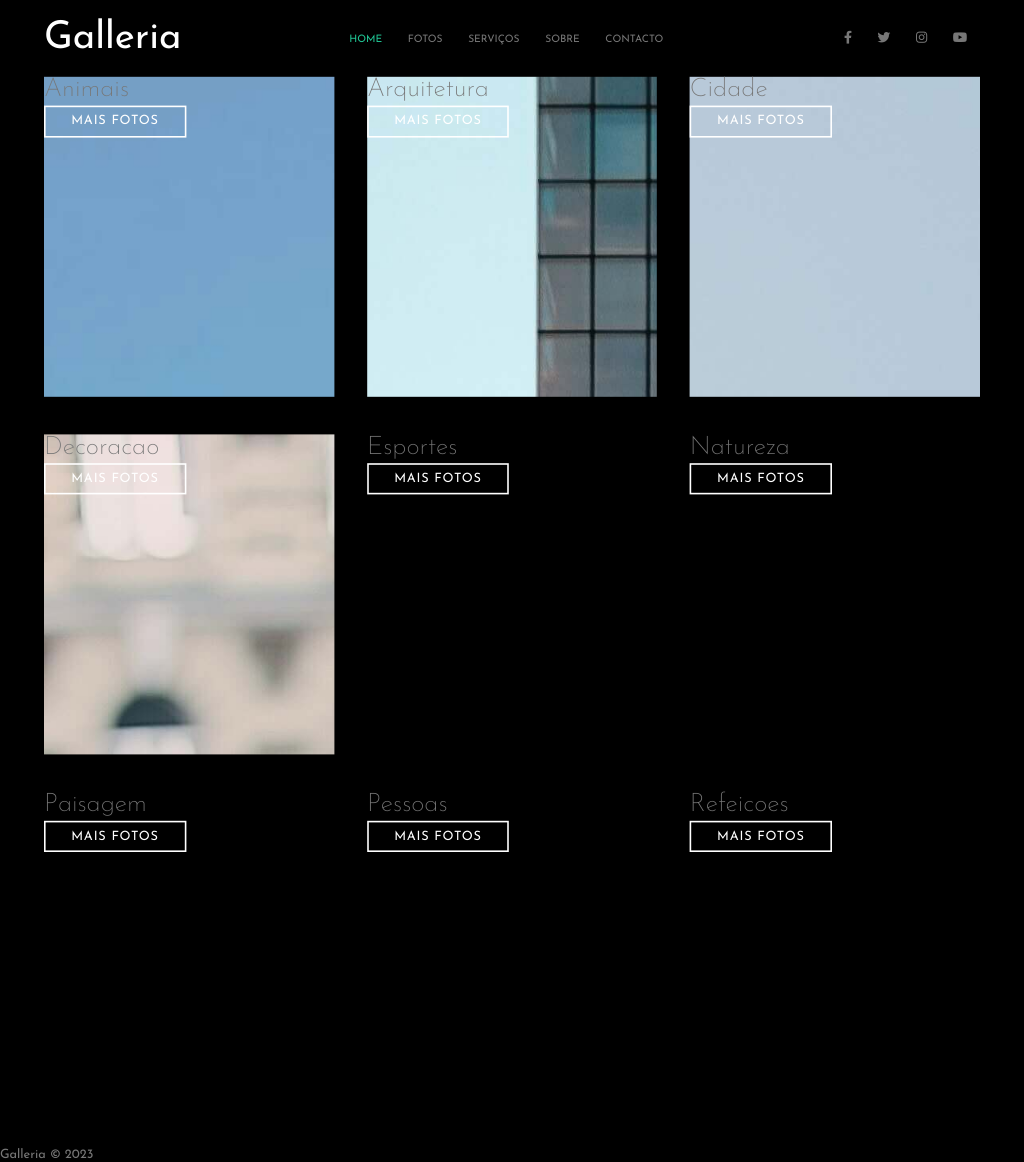
Repository: AghastyGD/gallery-sass
Page: index.html
These files come from the project's save history. The page is drawn as it stood at one moment and after the next save; the edit follows.
The browser window is 1280 px wide. The pictures show the whole page, at 80% of full size.
The style sheet was rebuilt from its Sass, Less or Tailwind sources for each picture, by a compiler version that may differ from the author's.

Above is the page before, as saved 2023-10-13 18:35:01.

After the next save:
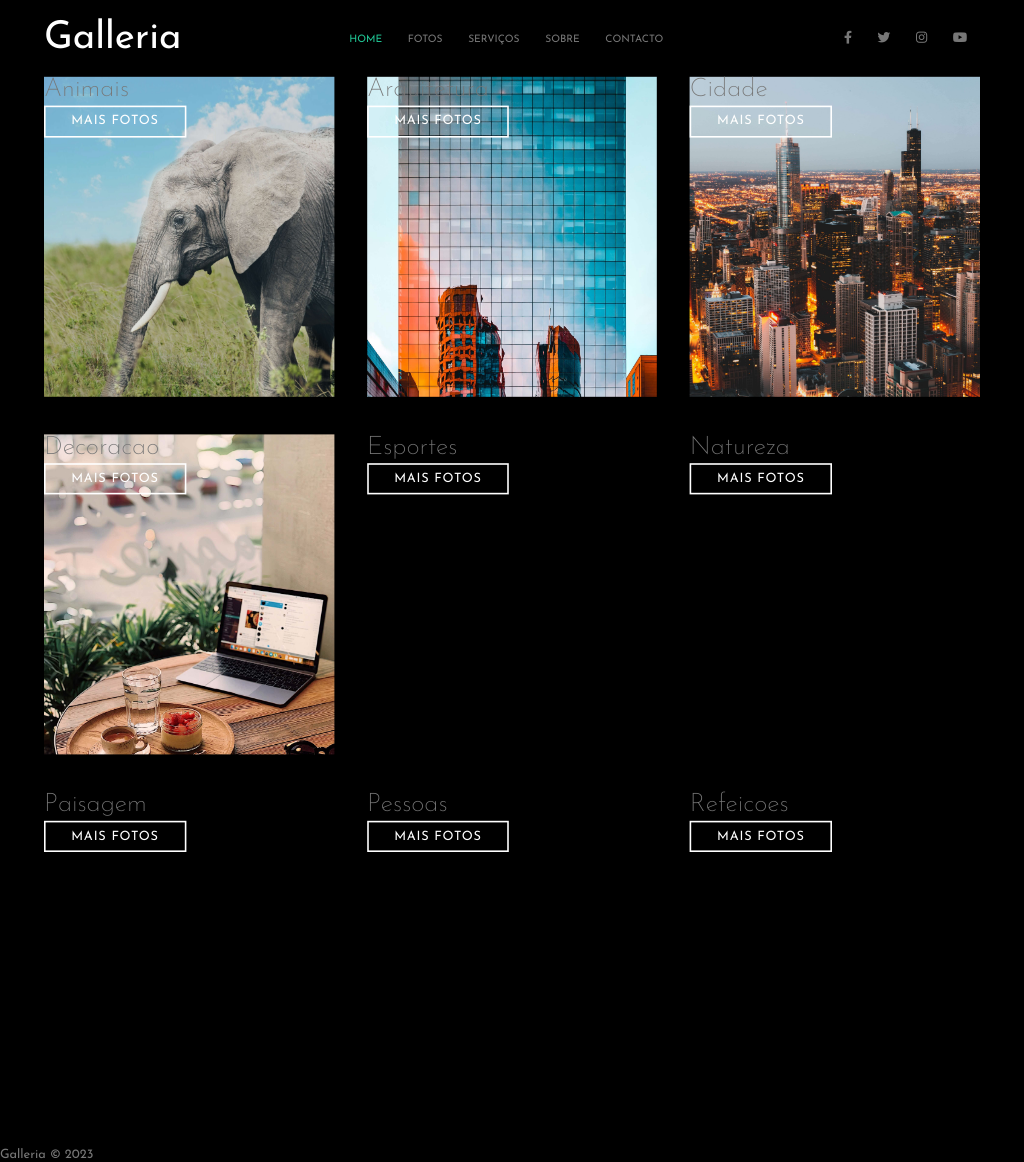
Saved 57 s later.
--- a/sass/_mixins.sass
+++ b/sass/_mixins.sass
@@ -12,3 +12,5 @@
 
 @mixin bg-img($img)
     background-image: url('../img/#{$img}')
+    background-size: 100%
+    background-position: center
